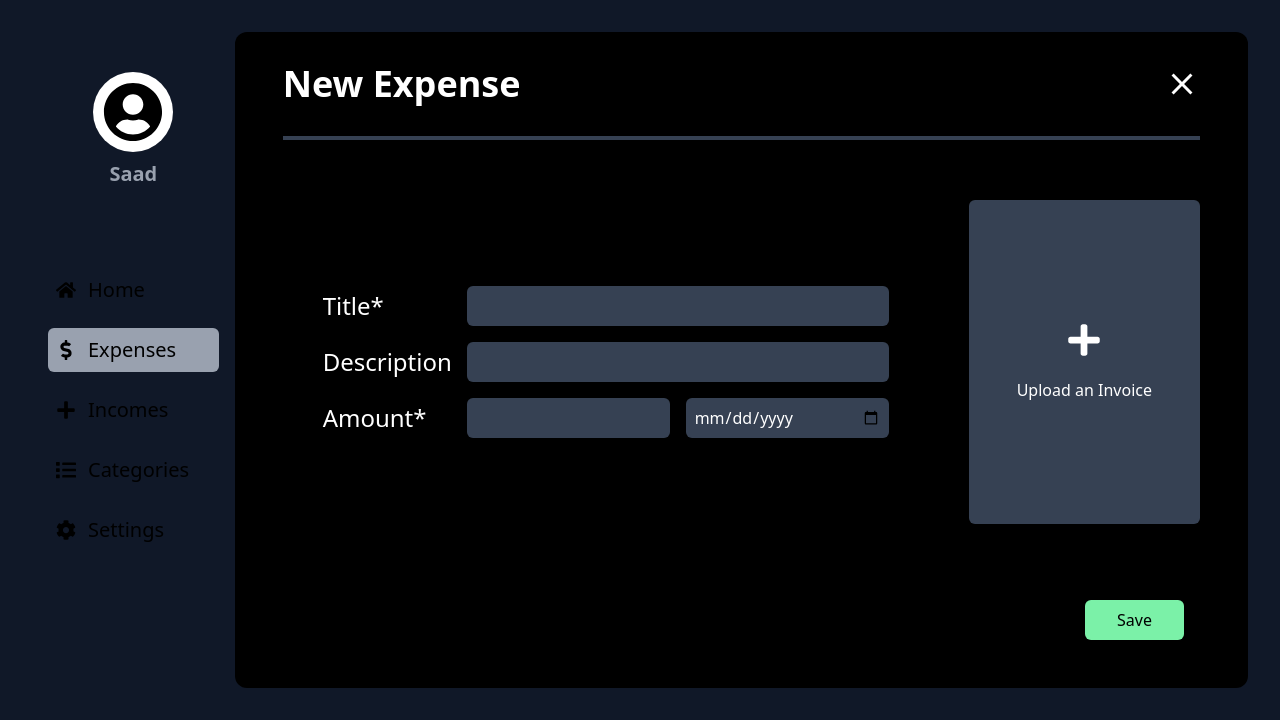
Repository: saad-naveed-brainx/Expense
Page: /expenses
An editor plug-in stored every save of this project. The page is shown before and after a run of saves, followed by the edit.
The browser window is 1280 px wide. The pictures show the whole page.
The project was rebuilt for these pictures with package versions that can differ from the ones it lists, and the page was loaded fresh each time. Also part of the build but not shown: vite.config.js, src/components/LandingPage.jsx, src/components/NotUsed.jsx.

Above is the page before, as saved 2025-09-04 17:27:42.

### index.html
<!doctype html>
<html lang="en">
  <head>
    <meta charset="UTF-8" />
    <link rel="icon" type="image/svg+xml" href="/vite.svg" />
    <link rel="stylesheet" href="/src/index.css" />
    <meta name="viewport" content="width=device-width, initial-scale=1.0" />
    <title>Vite + React</title>
  </head>
  <body>
    <div id="root"></div>
    <script type="module" src="/src/main.jsx"></script>
  </body>
</html>

### src/index.css
@import "tailwindcss";
@variant dark (.dark &);

### src/main.jsx
import { createRoot } from "react-dom/client";
import { Provider } from "react-redux";
import store from "./redux/store.js";
import "./index.css";
import App from "./App.jsx";

createRoot(document.getElementById("root")).render(

    <Provider store={store}>
      <App />
    </Provider>
);

### src/redux/store.js
import {configureStore} from '@reduxjs/toolkit'
import expenseReducer from './ExpenseSlice'
import themeReducer from './ThemeSlics'

export default configureStore({
    reducer: {
        expense: expenseReducer,
        theme: themeReducer,
    },
})

### src/App.jsx

import { Route,createBrowserRouter,createRoutesFromElements,RouterProvider } from 'react-router-dom'
import RootLayout from './components/RootLayout'
import LandingPage from './components/LandingPage'
import Expenses from './components/Expenses'
import NotUsed from './components/NotUsed'

function App() {

  const router = createBrowserRouter(
    createRoutesFromElements(
      <Route path='/' element={<RootLayout />}>
        <Route index element={<LandingPage />} />
        <Route path='/expenses' element={<Expenses />} />
        <Route path='/incomes' element={<NotUsed pageName="Incomes" />} />
        <Route path='/categories' element={<NotUsed pageName="Categories" />} />
        <Route path='/settings' element={<NotUsed pageName="Settings" />} />
      </Route>
    )
  )

  return (
    <RouterProvider router={router} />
  )
}

export default App

### src/redux/ExpenseSlice.js
import {createSlice } from '@reduxjs/toolkit'
import { v4 as uuidv4 } from 'uuid'


const initialState = {
    expenses: [{
        id: uuidv4(),
        amount: 0,
        date: null,
        category: '',
        description: '',
    }],
}


const expenseSlice = createSlice({
    name: 'expenseSlice',
    initialState,
    reducers:{
        addExpense: (state, action) =>{
            const newExpense = {
                id: uuidv4(),
                amount: action.payload.amount,
                date: new Date().toISOString(),
                category: action.payload.category,
                description: action.payload.description,
                title: '',
            }
            state.expenses.push(newExpense)
        },
        deleteExpense: (state, action) =>{
            state.expenses = state.expenses.filter(expense => expense.id !== action.payload.id)
            },
        editExpense: (state, action) =>{
            const index = state.expenses.findIndex(expense => expense.id === action.payload.id)
            if(index !== -1){
                state.expenses[index] = action.payload
            }
        },
    }
})

export const { addExpense, deleteExpense, editExpense } = expenseSlice.actions
export default expenseSlice.reducer

### src/redux/ThemeSlics.js
import { createSlice } from '@reduxjs/toolkit'

const initialState = {
    isDarkMode: localStorage.getItem('isDarkMode')? JSON.parse(localStorage.getItem('isDarkMode')):true,
}

const themeSlice = createSlice({
    name: 'themeSlice',
    initialState,
    reducers: {
        toggleTheme: (state) => {
            state.isDarkMode = !state.isDarkMode;
            localStorage.setItem('isDarkMode', JSON.stringify(state.isDarkMode));
        }
    }
})

export const { toggleTheme } = themeSlice.actions;

export default themeSlice.reducer;

### src/components/RootLayout.jsx
import React from 'react'
import LeftSection from './LeftSection'

import { Outlet } from 'react-router-dom'

export default function RootLayout() {
  return (
    <div className="flex w-full h-screen p-8 bg-gray-900">
      <div className="w-1/6">
        <LeftSection />
      </div>
      <div className="w-5/6"> <Outlet /></div>
    </div>
  );
}

### src/components/Expenses.jsx
import React from 'react'
import { IoMdClose } from "react-icons/io";
import { FaPlus } from "react-icons/fa";
import { useForm } from "react-hook-form"

export default function Expenses() {
  const {
    register,
    handleSubmit,
    watch,
    formState: { errors },
  } = useForm()

  const onSubmit = (data) => console.log(data)


  return (
    <div className='bg-black rounded-xl p-4 h-full flex flex-col py-8 px-12 text-white gap-15'>
      <div className='flex flex-col gap-8'>
      <div className='flex items-center justify-between'>
        <h1 className='text-white text-4xl font-bold'>New Expense</h1>
        <button className='text-white'>
          <IoMdClose className='text-4xl' />
        </button>
      </div>
      <div className='w-full h-1 bg-gray-700'></div>
      </div>
      <div className='flex items-center justify-evenly h-full gap-10'>
        <div className='w-full'>
          <form className='p-10 flex flex-col gap-4' onSubmit={handleSubmit(onSubmit)}>
            <div className='flex gap-4 items-center'>
              <h1 className='text-2xl w-32 shrink-0'>Title*</h1>
              <input type="text" className='bg-gray-700 rounded-md p-2 flex-1 min-w-0' {...register("title", {required:true})} />
            </div>
            <div className='flex gap-4 items-center'>
              <h1 className='text-2xl w-32 shrink-0'>Description</h1>
              <input type="text" className='bg-gray-700 rounded-md p-2 flex-1 min-w-0' {...register("description")} />
            </div>
            <div className='flex gap-4 items-center'>
              <h1 className='text-2xl w-32 shrink-0'>Amount*</h1>
              <input
                type="number"
                min={0}
                className='bg-gray-700 rounded-md p-2 flex-1 min-w-0 '
                {...register("amount", { required: true, min: 0, valueAsNumber: true })}
              />
              <input type="date" placeholder='Select Date' className='bg-gray-700 rounded-md p-2 flex-1 min-w-0' {...register("date", {required:true})} />
            </div>
          </form>
        </div>
        <div className='bg-gray-700 rounded-md p-2 h-full w-full flex flex-col gap-5 items-center justify-center cursor-pointer'>
          <FaPlus className='text-4xl' />
          <h1>Upload an Invoice</h1>
        </div>
      </div>

      <div className='flex items-center justify-end p-4'>
          <button type='submit' className='bg-green-300 rounded-md p-2 text-black px-8 py-2
          '>Save</button>
      </div>
    </div>

  )
}

### src/components/LeftSection.jsx
import React from "react";
import { FaUserCircle } from "react-icons/fa";
import NavCard from "./NavCard";
import { FaHome, FaDollarSign, FaPlus, FaList, FaCog } from "react-icons/fa";

const navJson = [
  {
    path: "/",
    title: "Home",
    icon: FaHome,
  },
  {
    path: "/expenses",
    title: "Expenses",
    icon: FaDollarSign,
  },
  {
    path: "/incomes",
    title: "Incomes",
    icon: FaPlus,
  },
  {
    path: "/categories",
    title: "Categories",
    icon: FaList,
  },
  {
    path: "/settings",
    title: "Settings",
    icon: FaCog,
  },
];

export default function LeftSection() {
  return (
    <div className="flex flex-col items-center justify-center p-4 pt-10 gap-20">
      <div className="flex flex-col items-center justify-center gap-2">
        <div className="rounded-full bg-white w-20 h-20 flex items-center justify-center">
          <FaUserCircle className="text-black text-6xl" />
        </div>
        <div className="text-gray-400 text-xl font-bold">Saad</div>
      </div>
      <div className="flex flex-col items-center justify-center gap-4 w-full">
        {navJson.map((item) => (
          <NavCard
            key={item.title}
            title={item.title}
            path={item.path}
            icon={item.icon}
          />
        ))}
      </div>
    </div>
  );
}

### src/components/NavCard.jsx
import React from "react";
import { NavLink } from "react-router-dom";

export default function NavCard({ title, icon: Icon, path }) {
    return (
        <NavLink
            to={path}
            className={({ isActive }) => `flex items-center justify-start cursor-pointer gap-3 p-2 rounded-md w-full ${isActive ? 'bg-gray-400' : ''}`}
        >
            {({ isActive }) => (
                <>
                    <Icon className={`text-black text-xl dark:text-white`} />
                    <h1 className={`text-black text-xl dark:text-white`}>{title}</h1>
                </>
            )}
        </NavLink>
    )
}

After the next 3 saves:
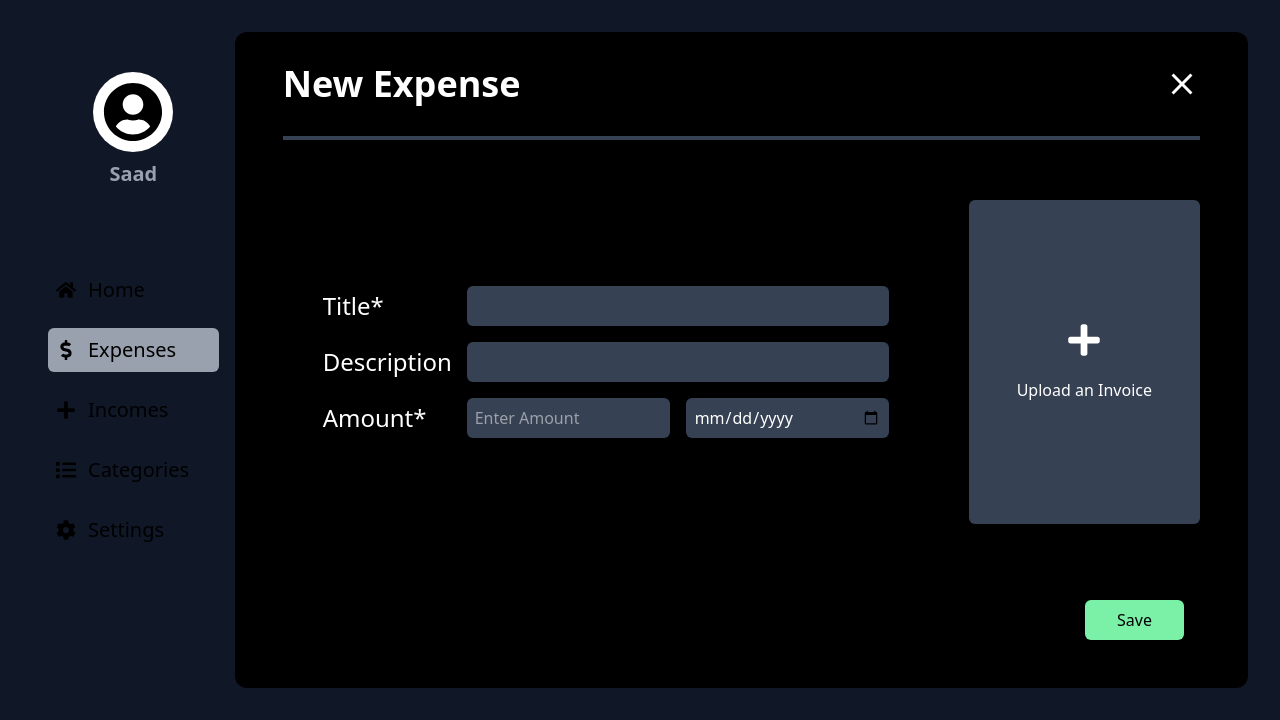
The 3 saves are shown as one change because they came seconds apart.
The last was saved 10 s later.
--- a/src/components/Expenses.jsx
+++ b/src/components/Expenses.jsx
@@ -41,6 +41,7 @@ export default function Expenses() {
               <input
                 type="number"
                 min={0}
+                placeholder='Enter Amount'
                 className='bg-gray-700 rounded-md p-2 flex-1 min-w-0 '
                 {...register("amount", { required: true, min: 0, valueAsNumber: true })}
               />
